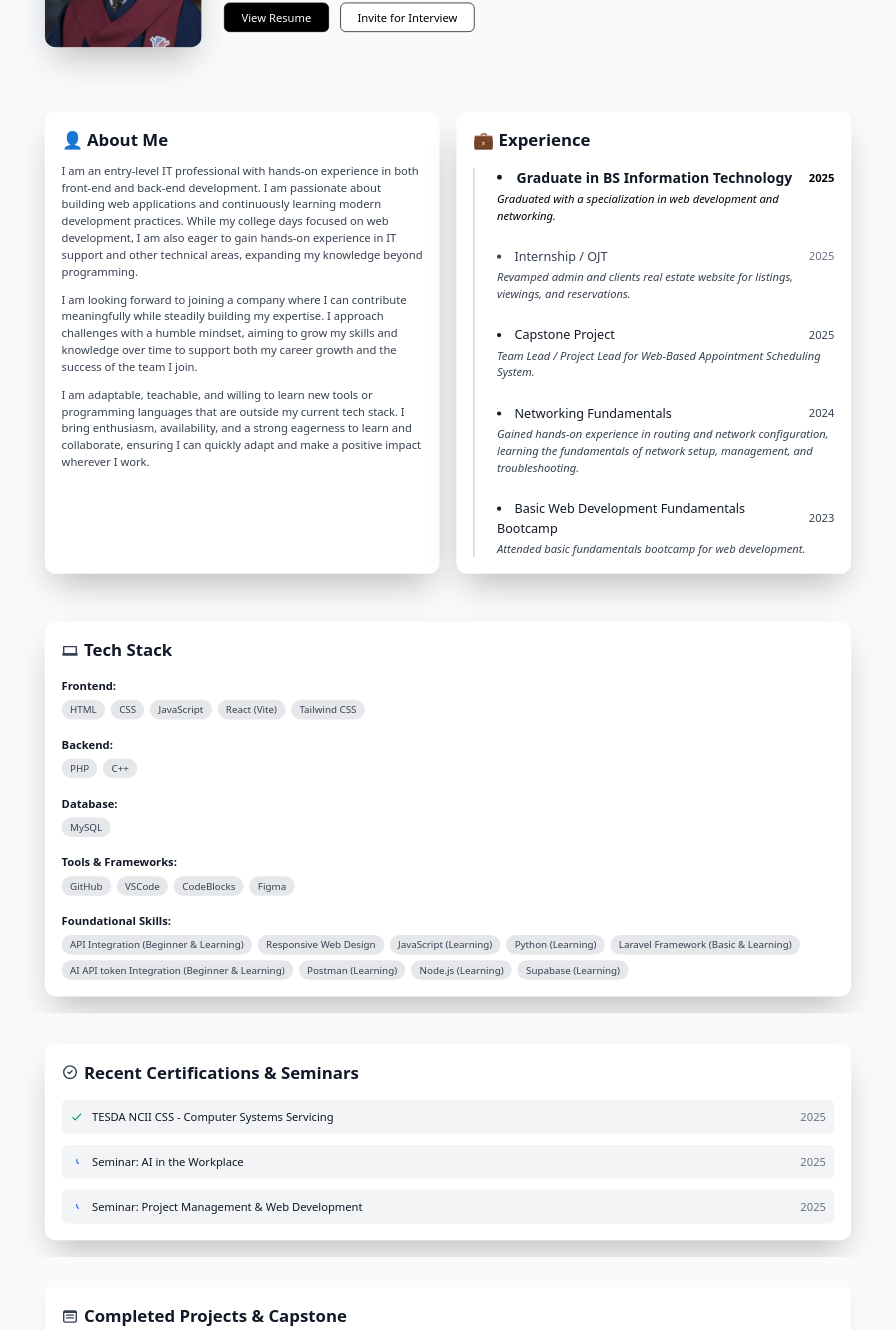
Repository: MeekSharkdev/cv-portfolio
Page: index.html
The author's editor kept a copy of each file at every save. The page is drawn from the files as they stood at one save, then again after the next save.
The browser window is 1280 px wide. The pictures show the part of the page from y = 204 to 2104 px (the page is 2740 px tall), at 70% of full size.
A picture or video elsewhere on the page could not be fetched, so the positions and the page height are approximate.

Above is the page before, as saved 2026-01-31 21:00:37.
Not found: styles.css

After the next save:
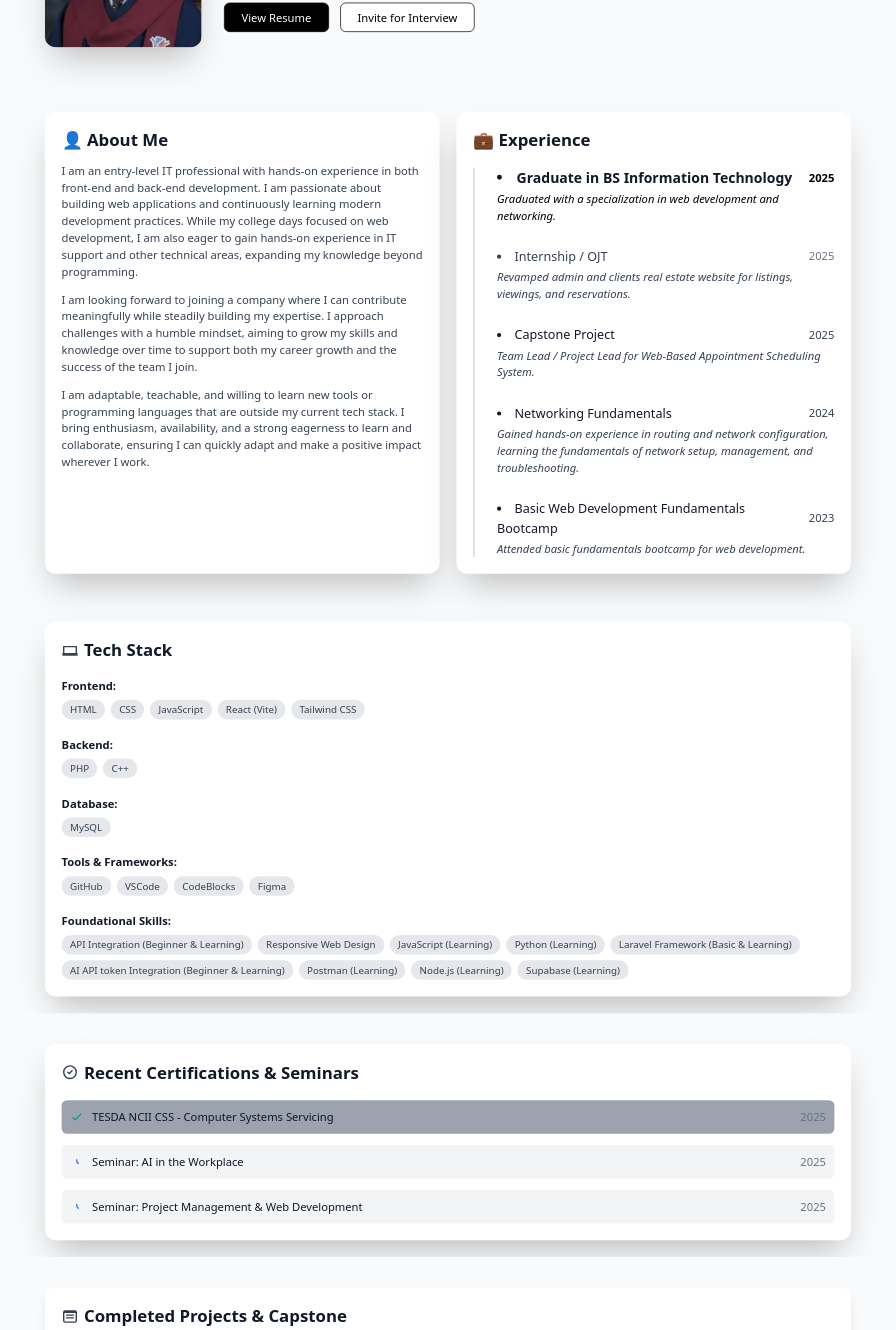
Saved 92 s later.
--- a/index.html
+++ b/index.html
@@ -263,7 +263,7 @@
             <div class="flex flex-col gap-4">
 
                 <!-- Certification -->
-                <div class="flex items-center gap-3 p-3 bg-gray-100 rounded-lg">
+                <div class="flex items-center gap-3 p-3 bg-gray-400 rounded-lg">
                     <svg xmlns="http://www.w3.org/2000/svg" class="h-5 w-5 text-green-600" fill="none" viewBox="0 0 24 24"
                         stroke="currentColor">
                         <path stroke-linecap="round" stroke-linejoin="round" stroke-width="2" d="M5 13l4 4L19 7" />
